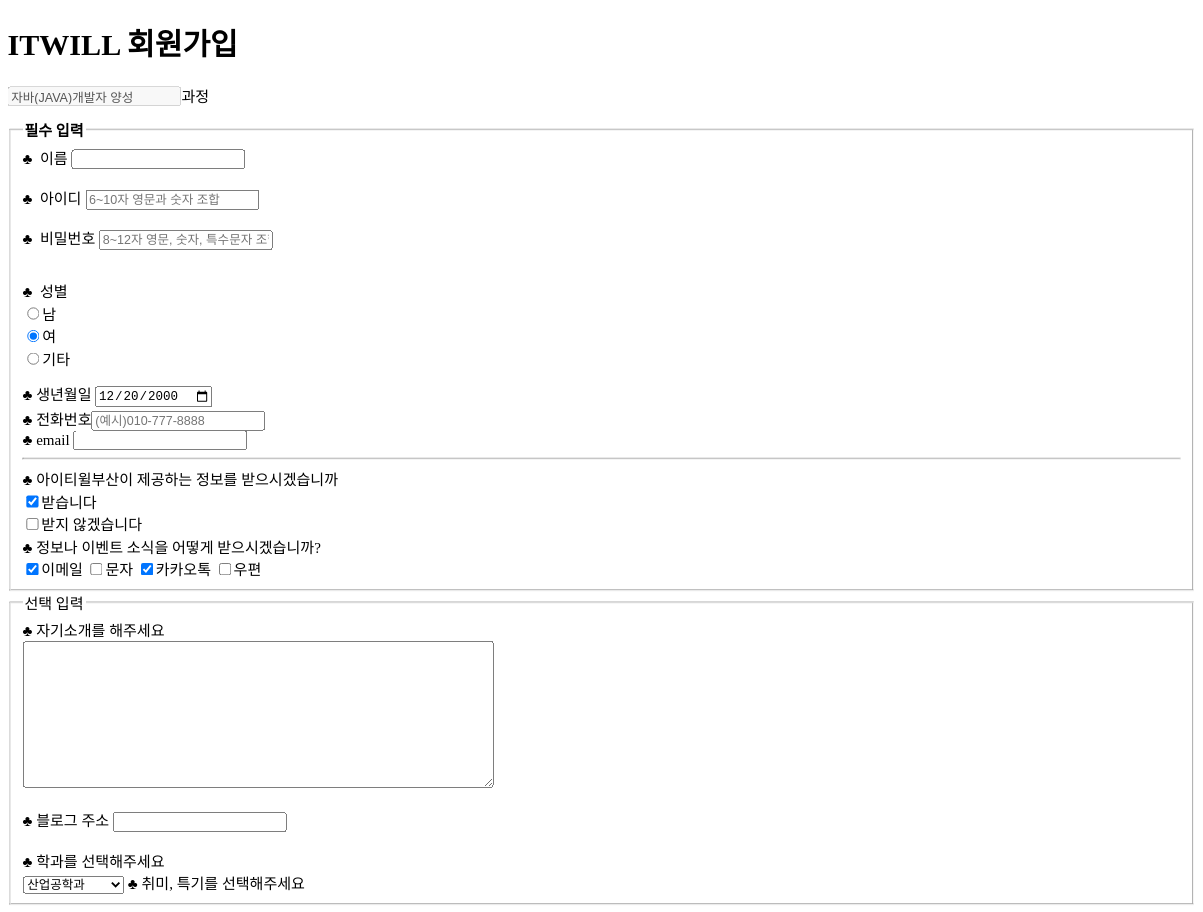
Repository: ReadStar/Web
Page: Html/html5/WebContent/form-test.html
The author's editor kept a copy of each file at every save. The page is drawn from the files as they stood at one save, then again after the next save.
The browser window is 1280 px wide. The pictures show the whole page, at 94% of full size.

Above is the page before, as saved 2020-08-13 11:58:53.

After the next save:
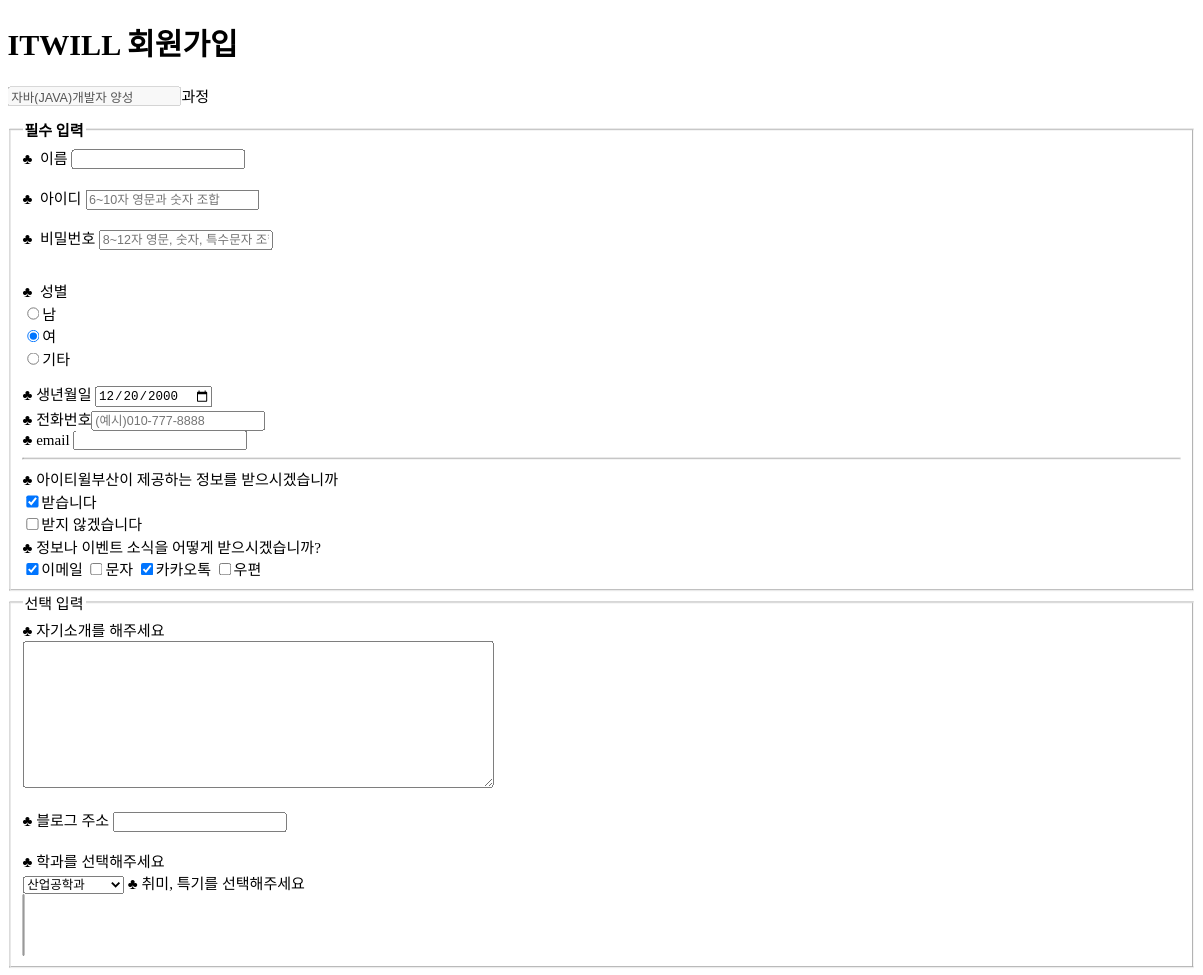
Saved 11 s later.
--- a/Html/html5/WebContent/form-test.html
+++ b/Html/html5/WebContent/form-test.html
@@ -47,7 +47,9 @@
 <option>건축공학과</option>
 </select>
 <b>♣</b>&nbsp;취미, 특기를 선택해주세요<br>
+<select size="4">
 
+</select>
 
 
 
